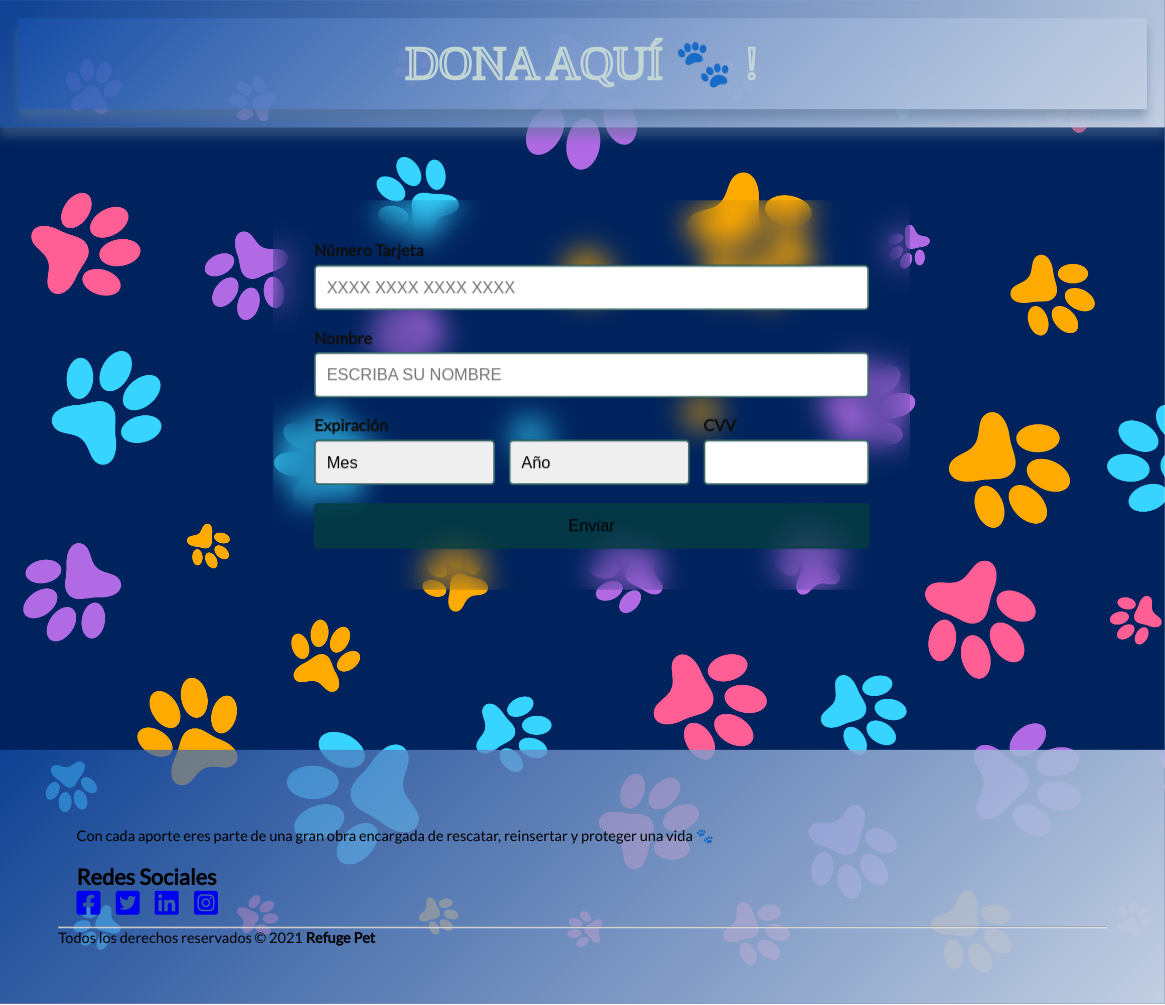
Repository: andreasvidal/SCL019-card-validation
Page: src/views/cardvalidation.html
The author's editor kept a copy of each file at every save. The page is drawn from the files as they stood at one save, then again after the next save.
The browser window is 1280 px wide. The pictures show the whole page, at 91% of full size.
Some web fonts or font styles are not loaded; a fallback is used. Some web libraries are served in a nearby version.

Above is the page before, as saved 2022-04-13 10:06:08.

After the next save:
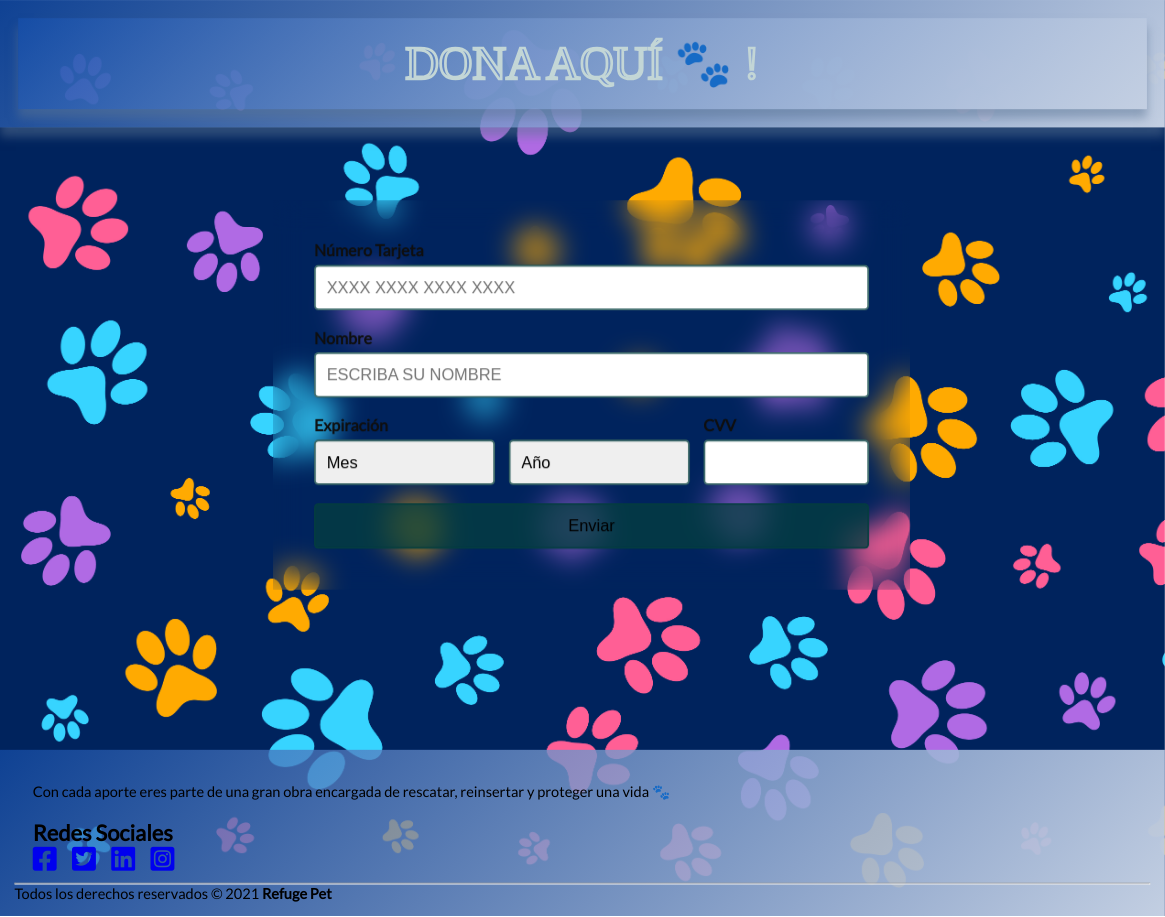
Saved 14 s later.
--- a/src/css/formstyle.css
+++ b/src/css/formstyle.css
@@ -117,7 +117,7 @@ body {
 
 footer {
     width: 100%;
-    padding: 5%;
+    padding: 1rem;
     margin-top: 20%;
     background-size: cover;
     background-image: linear-gradient(135deg, #1650adad 0%, #c3cfe2 100%);
